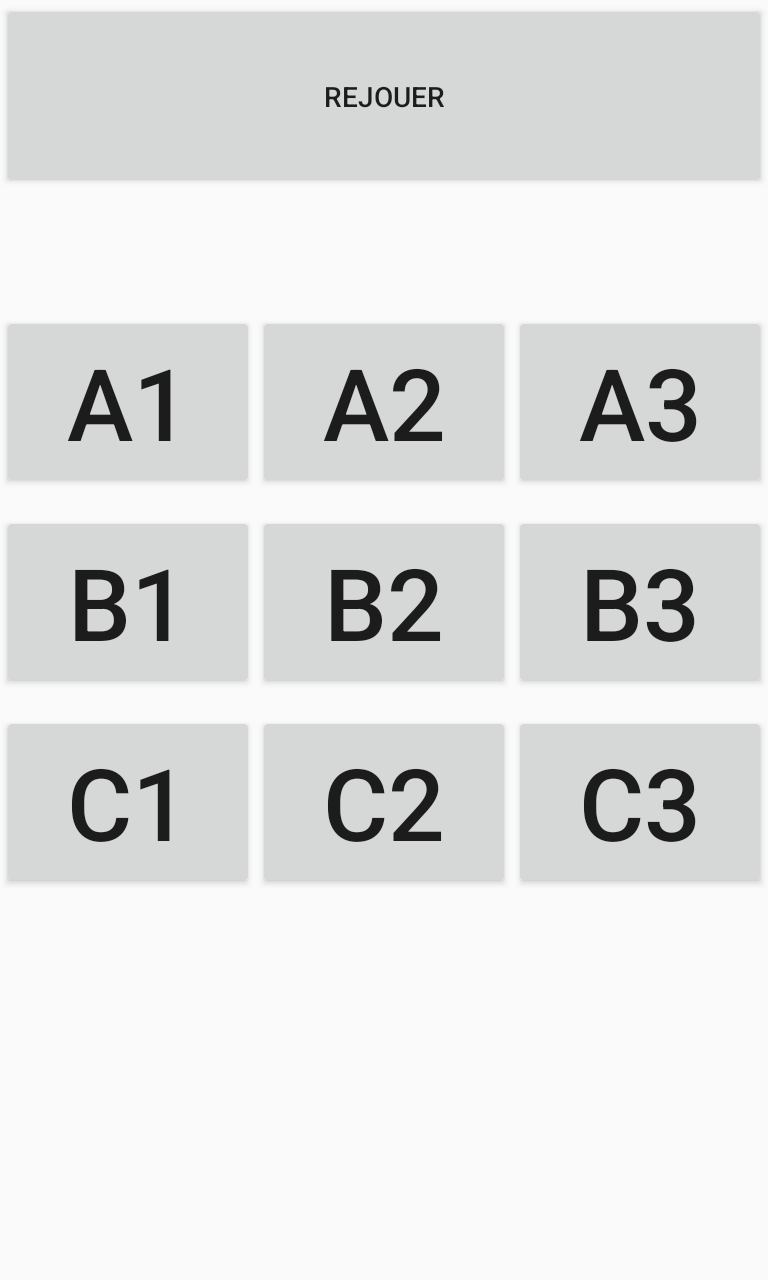
Repository: chakrinamo/Projet_S4_TicTacToe
Layout: Tic_Tac_Toe/res/layout/activity_main.xml
The author's editor kept a copy of each file at every save. The layout is drawn from the files as they stood at one save, then again after a run of saves.
It is drawn on a 768 x 1280 px phone screen (xhdpi) without system bars, with theme AppTheme; the app's code is not run.

Above is the layout before, as saved 2015-02-21 10:08:43.

After the next 2 saves:
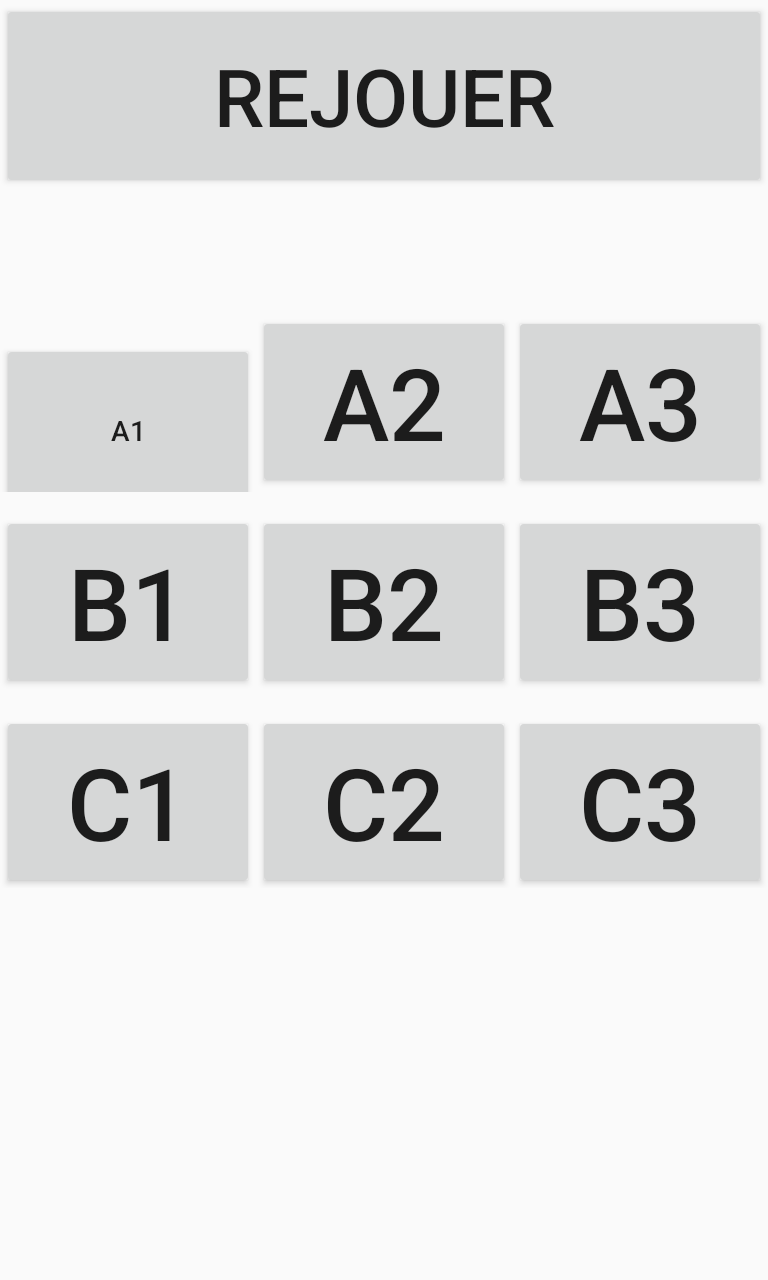
The 2 saves are shown as one change because 1 did not build or start.
The last was saved 2 days later.
--- a/Tic_Tac_Toe/res/layout/activity_main.xml
+++ b/Tic_Tac_Toe/res/layout/activity_main.xml
@@ -15,7 +15,8 @@
             android:layout_width="fill_parent"
             android:layout_height="96dp"
             android:layout_marginBottom="60dp"
-            android:text="REJOUER"/>
+            android:text="REJOUER"
+            android:textSize="40"/>
 
     </LinearLayout>
 
@@ -30,8 +31,7 @@
             android:layout_width="fill_parent"
             android:layout_height="90dp"
             android:layout_weight="1"
-            android:text="A1"
-            android:textSize="50"/>
+            android:text="A1"/>
 
         <Button
             android:id="@+id/A2"
